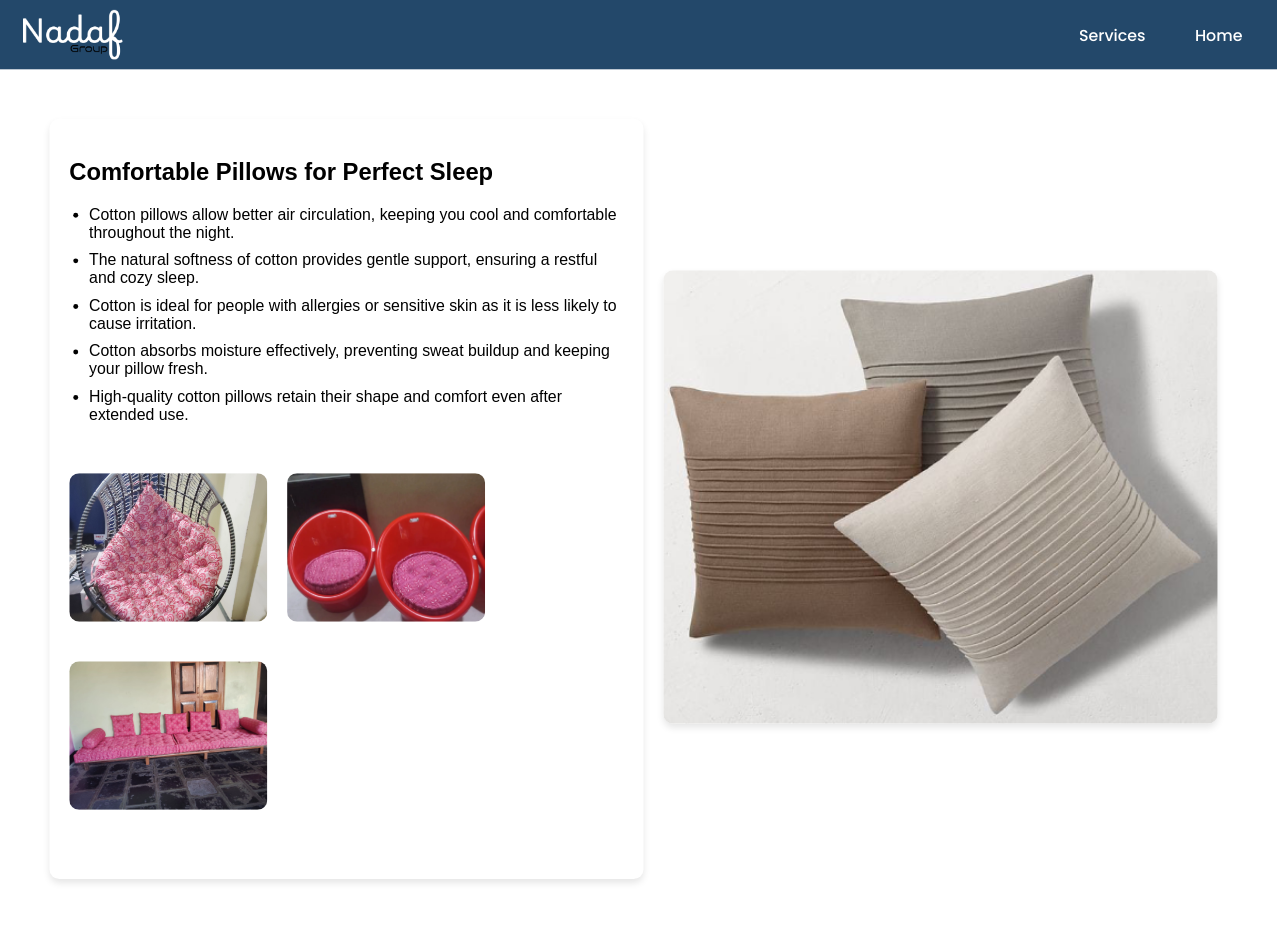
Repository: nadafgroup/rashidgadiUI
Page: src/pillow.html
These files come from the project's save history. The page is drawn as it stood at one moment and after the next save; the edit follows.
The browser window is 1280 px wide. The page is 1290 px wide, so the pictures cover 1290 px, including what lies to the right of the window. The pictures show the whole page, at 99% of full size.

Above is the page before, as saved 2025-01-30 17:21:54.

After the next save:
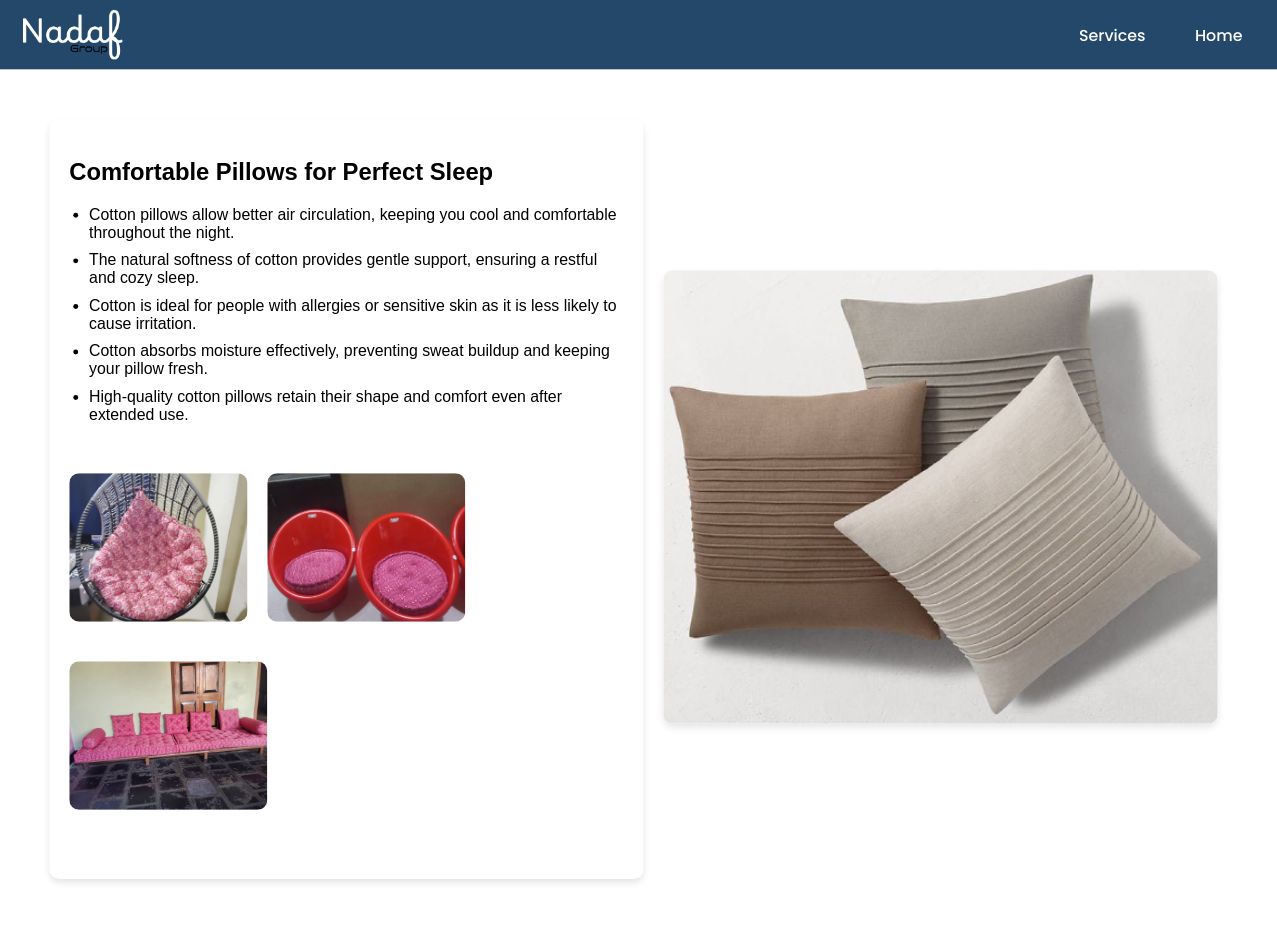
Saved 91 s later.
--- a/src/pillow.html
+++ b/src/pillow.html
@@ -45,7 +45,7 @@
 
             </ul>
             <div class="rent-gallery">
-                <img src="../assets/img/real img/r1.webp" class="rent-img" alt="Gallery Image 1">
+                <img src="../assets/img/real img/r1.webp" style="width: 180px;" class="rent-img" alt="Gallery Image 1">
                 <img src="../assets/img/real img/r9.webp" class="rent-img" alt="Gallery Image 2">
                 <img src="../assets/img/real img/r8.webp" class="rent-img" alt="Gallery Image 3">
             </div>
